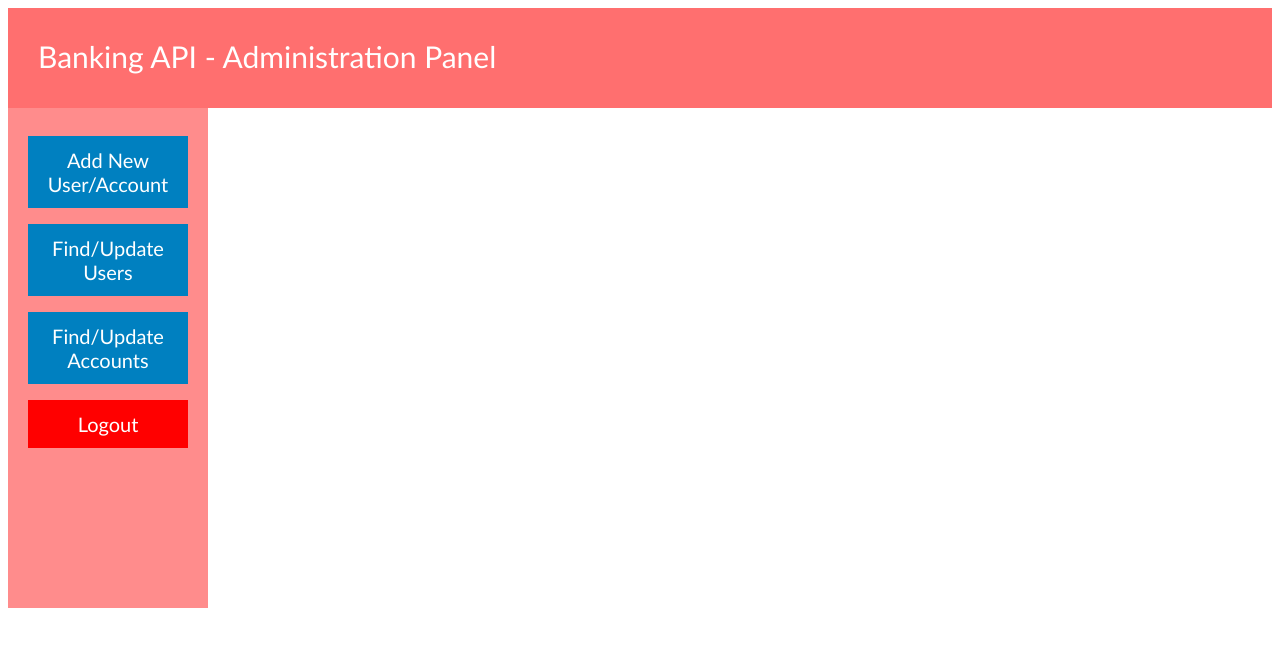
Repository: kennyufish/Revature_ROCP1_Project_Banking_API
Page: banking_api/src/main/webapp/adminInfo.html
The author's editor kept a copy of each file at every save. The page is drawn from the files as they stood at one save, then again after the next save.
The browser window is 1280 px wide. The pictures show the whole page.

Above is the page before, as saved 2020-10-14 17:50:48.

After the next save:
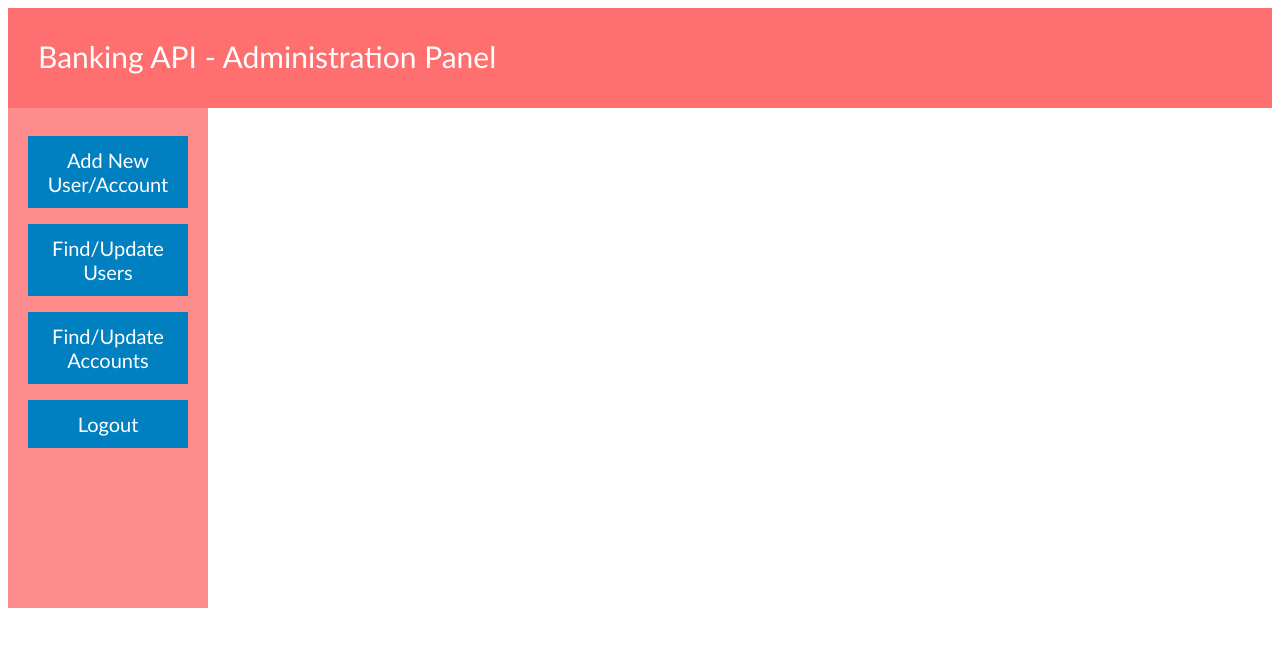
Saved 39 s later.
--- a/banking_api/src/main/webapp/adminInfo.html
+++ b/banking_api/src/main/webapp/adminInfo.html
@@ -40,7 +40,7 @@
 				<button type="submit">Find/Update Accounts</button>
 			</form>
 			<form action="logout" method="post">
-				<button class="logoutButton" type="submit">Logout</button>
+				<button  type="submit">Logout</button>
 			</form>
 		</nav>
 	</section>

After the save that followed:
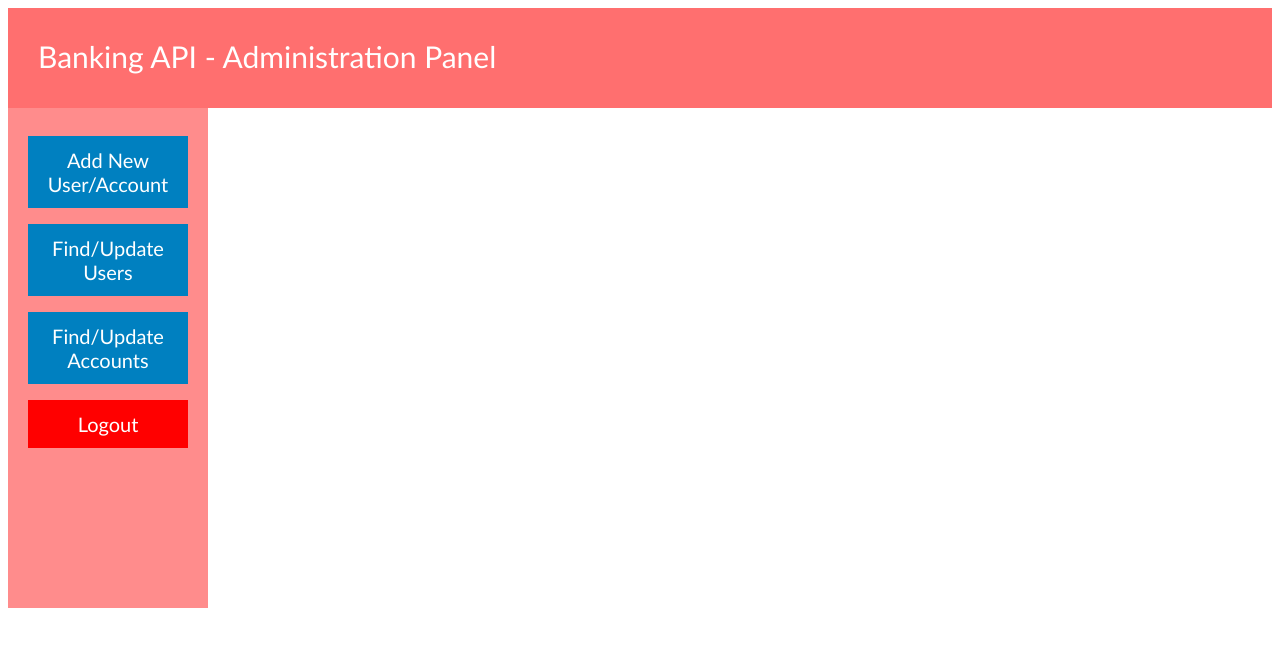
Saved 10 s later.
--- a/banking_api/src/main/webapp/adminInfo.html
+++ b/banking_api/src/main/webapp/adminInfo.html
@@ -40,7 +40,7 @@
 				<button type="submit">Find/Update Accounts</button>
 			</form>
 			<form action="logout" method="post">
-				<button  type="submit">Logout</button>
+				<button class="logoutButton" type="submit">Logout</button>
 			</form>
 		</nav>
 	</section>
